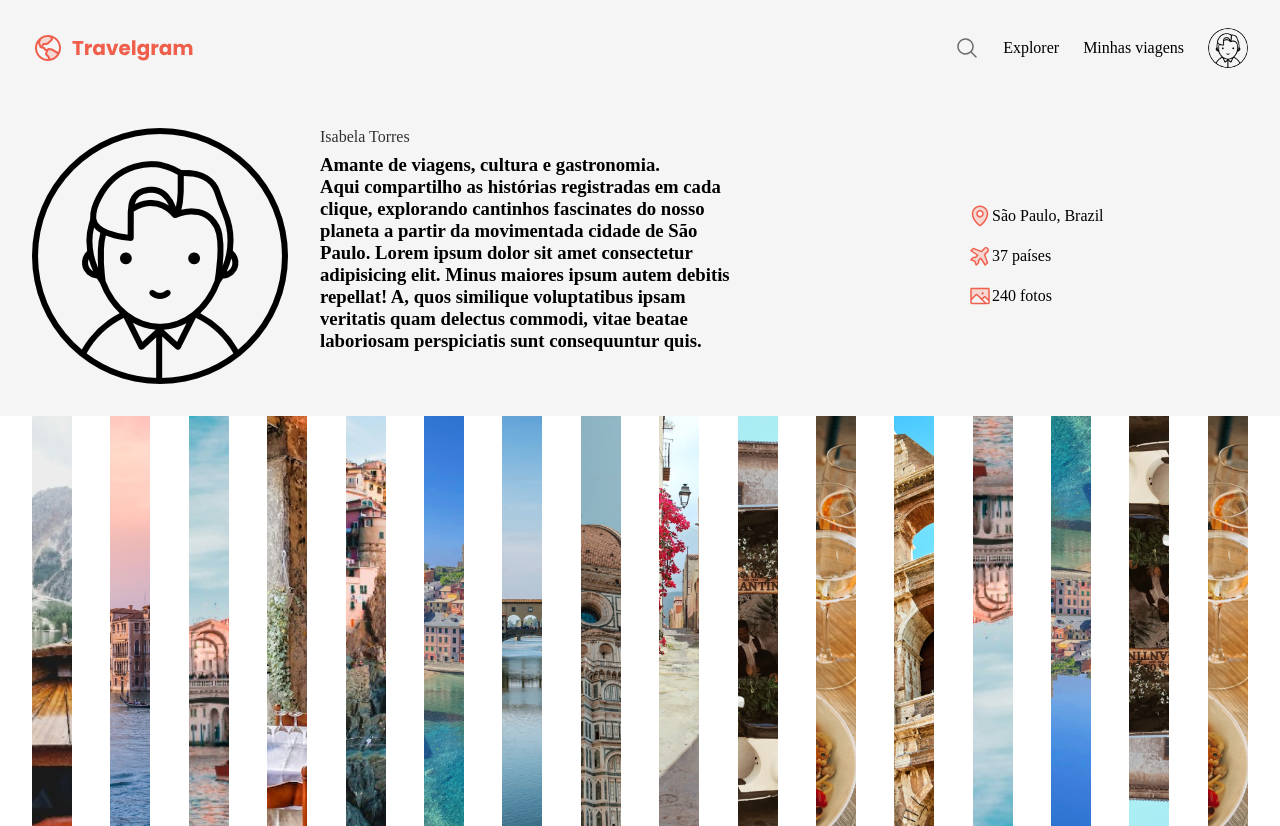
Repository: JeffRodFer/projeto-Travelgran-Rockeseat
Page: index.html
An editor plug-in stored every save of this project. The page is shown before and after a run of saves, followed by the edit.
The browser window is 1280 px wide. The pictures show the whole page.

Above is the page before, as saved 2025-03-22 20:58:37.

After the next 2 saves:
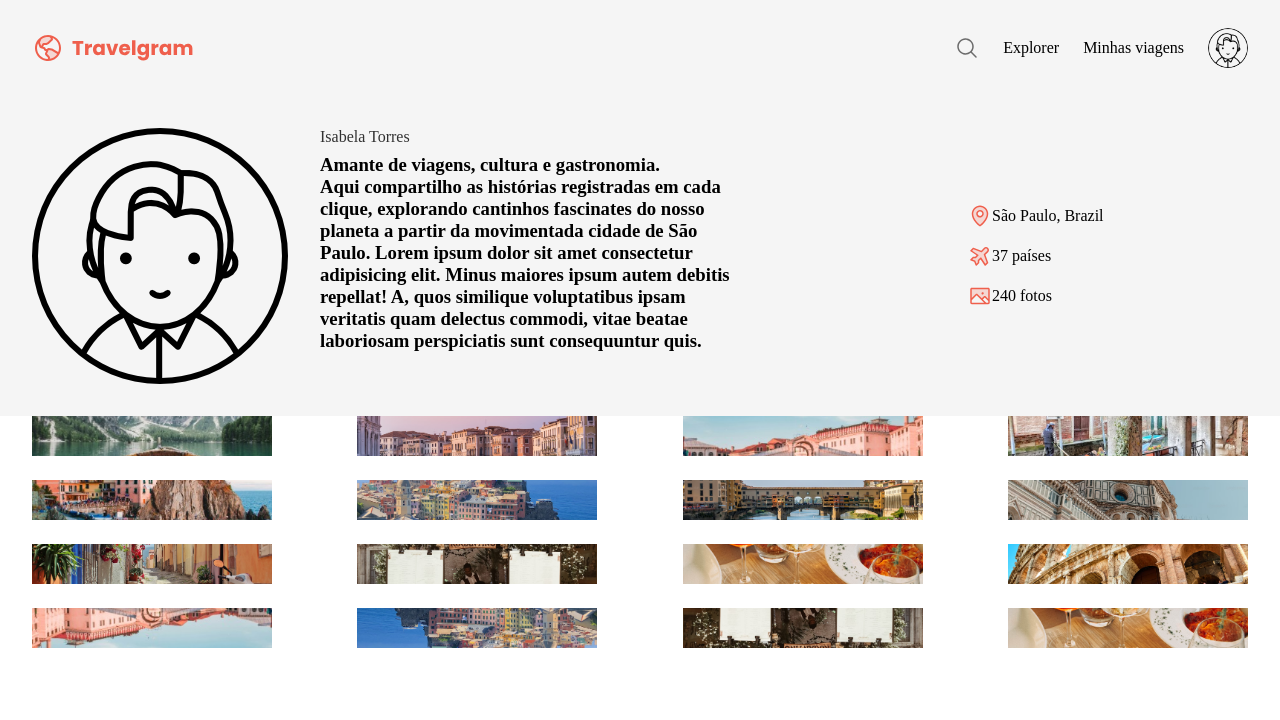
The 2 saves are shown as one change because they came seconds apart.
The last was saved 13 s later.
--- a/styles/main.css
+++ b/styles/main.css
@@ -6,8 +6,8 @@ main {
     gap: 24px;
 }
 main img {
-    width: 40px;
-    height: 410px;
+    width: 240px;
+    height: 40px;
     object-fit: cover;
 
 }
